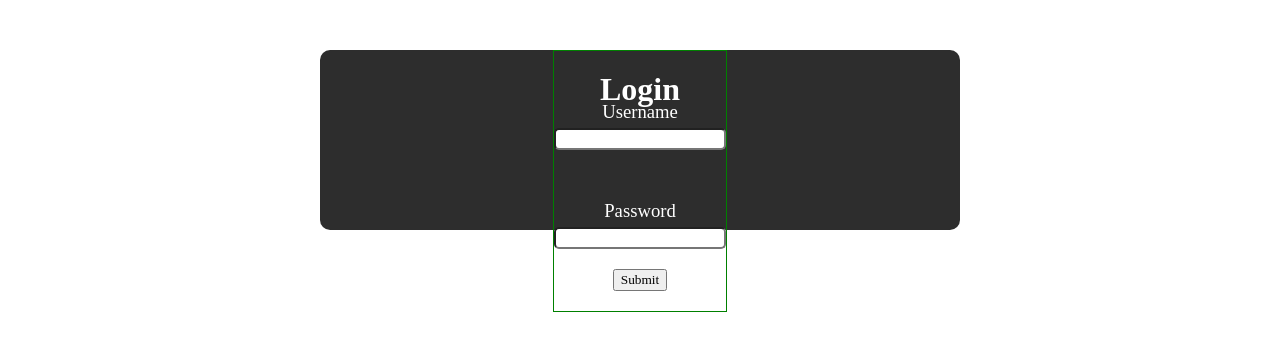
Repository: rdf004/playfab_blackjack
Page: /
An editor plug-in stored every save of this project. The page is shown before and after the next save, followed by the edit.
The browser window is 1280 px wide. The pictures show the whole page.
Some web fonts or font styles are not loaded; a fallback is used. The project was rebuilt for these pictures with package versions that can differ from the ones it lists, and the page was loaded fresh each time. Also part of the build but not shown: src/Components/App.js.

Above is the page before, as saved 2020-05-07 20:30:54.

After the next save:
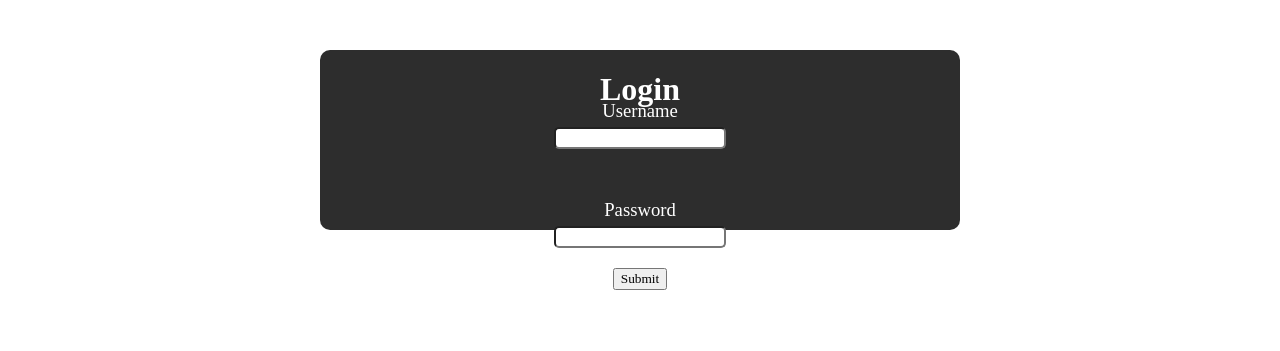
Saved 9 s later.
--- a/src/Style/style.css
+++ b/src/Style/style.css
@@ -22,7 +22,6 @@
 
 .login-form {
     margin: auto;
-    border: 1px solid green;
 }
 
 .login-item {
